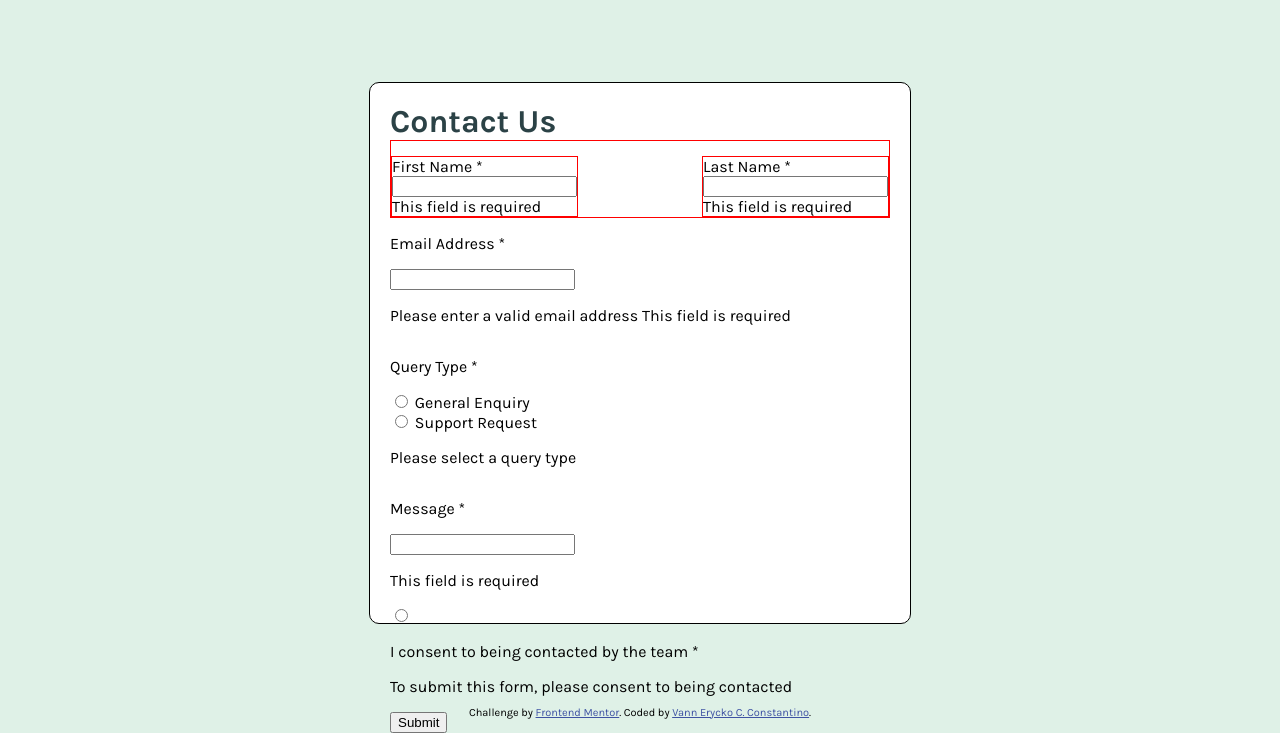
Repository: kocokoy/contact-form
Page: contact-form-main/index.html
These files come from the project's save history. The page is drawn as it stood at one moment and after the next save; the edit follows.
The browser window is 1280 px wide. The pictures show the whole page.

Above is the page before, as saved 2024-10-24 09:06:40.

After the next save:
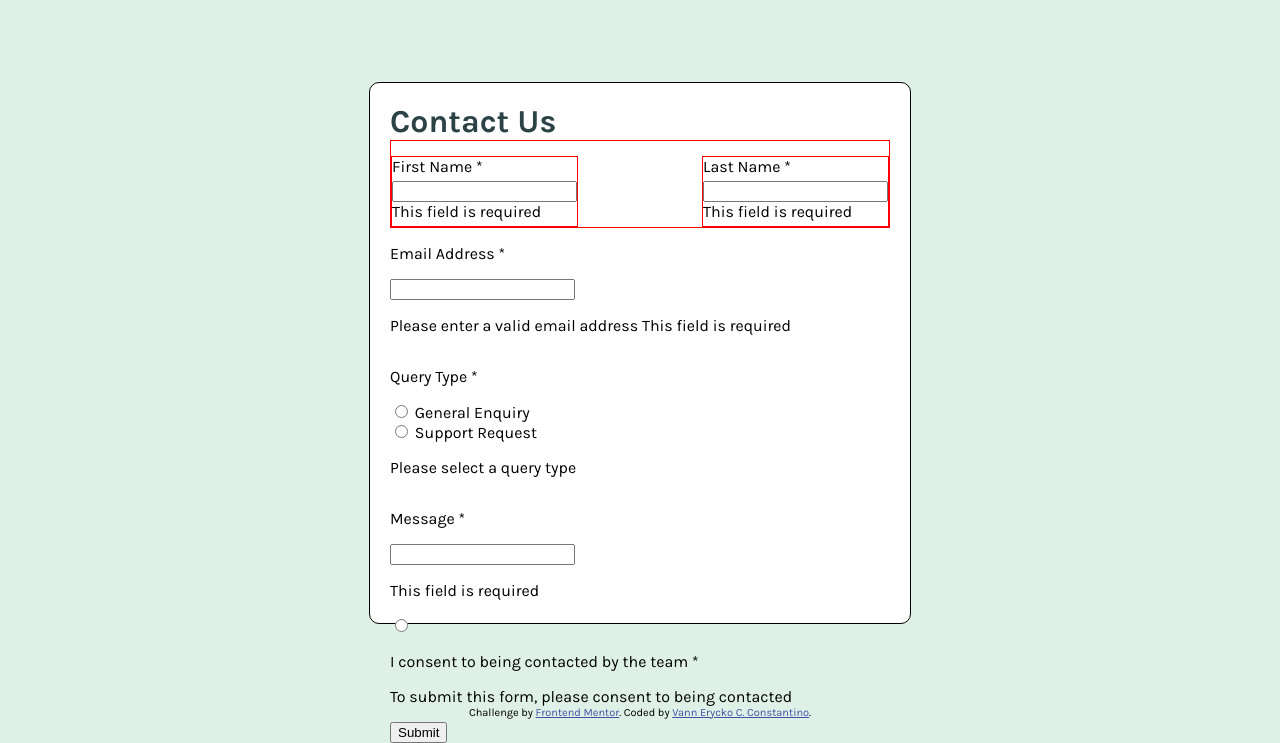
Saved 63 s later.
--- a/contact-form-main/styles/style.css
+++ b/contact-form-main/styles/style.css
@@ -51,8 +51,10 @@ body{
 .name-section p{
   /* border: 1px solid red; */
   margin: 0;
+  padding-bottom: 5px;
 }
 
 .first-name-section, .last-name-section{
   border: 1px solid red;
+  heig;
 }
